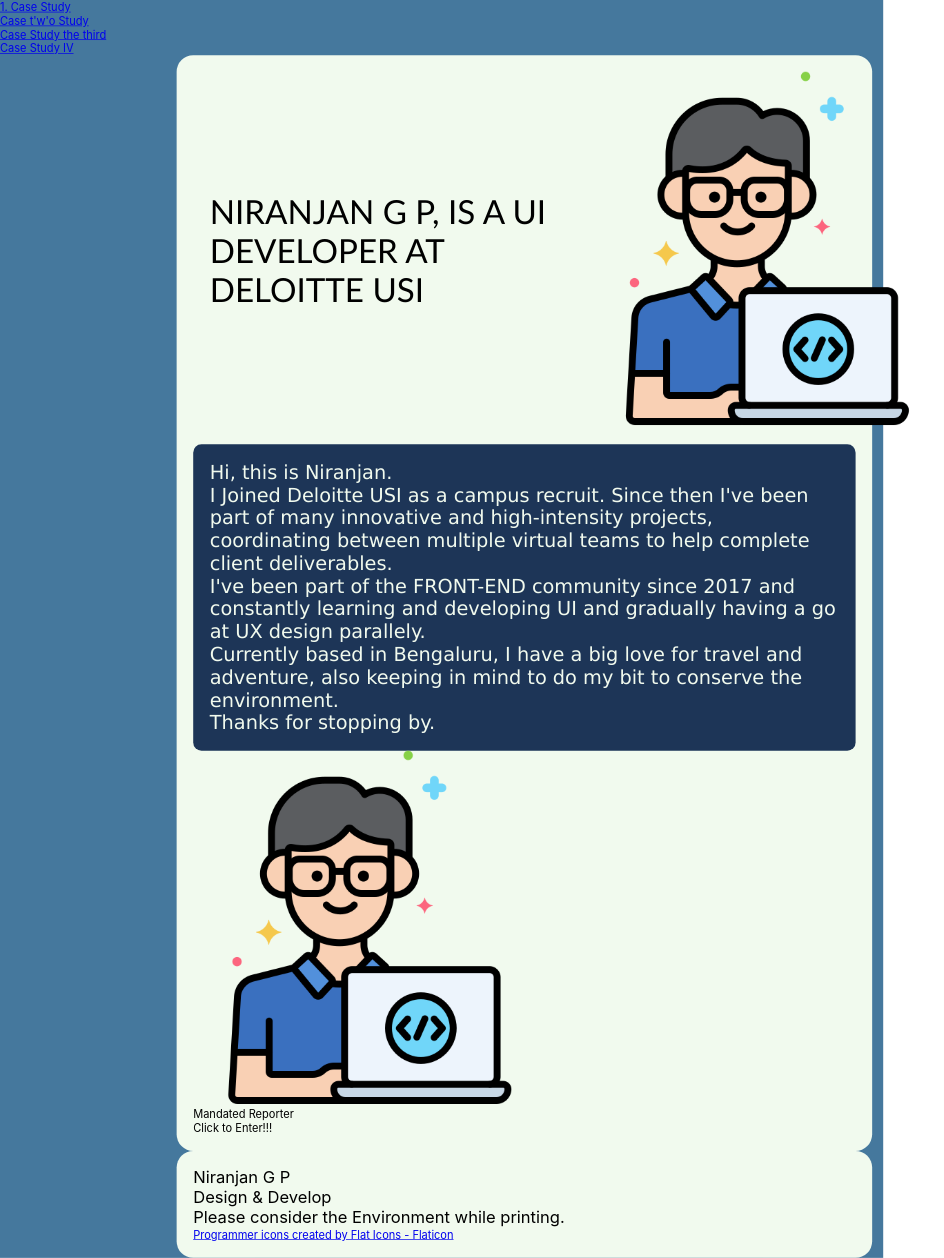
Repository: niranjangp/portfolioReact
Page: /
These files come from the project's save history. The page is drawn as it stood at one moment and after the next save; the edit follows.
The browser window is 1280 px wide. The page is 1368 px wide, so the pictures cover 1368 px, including what lies to the right of the window. The pictures show the whole page, at 69% of full size.
The project was rebuilt for these pictures with package versions that can differ from the ones it lists, and the page was loaded fresh each time. Also part of the build but not shown: src/pages/csOne.jsx, src/pages/notFound.jsx.

Above is the page before, as saved 2022-01-31 20:31:24.

After the next save:
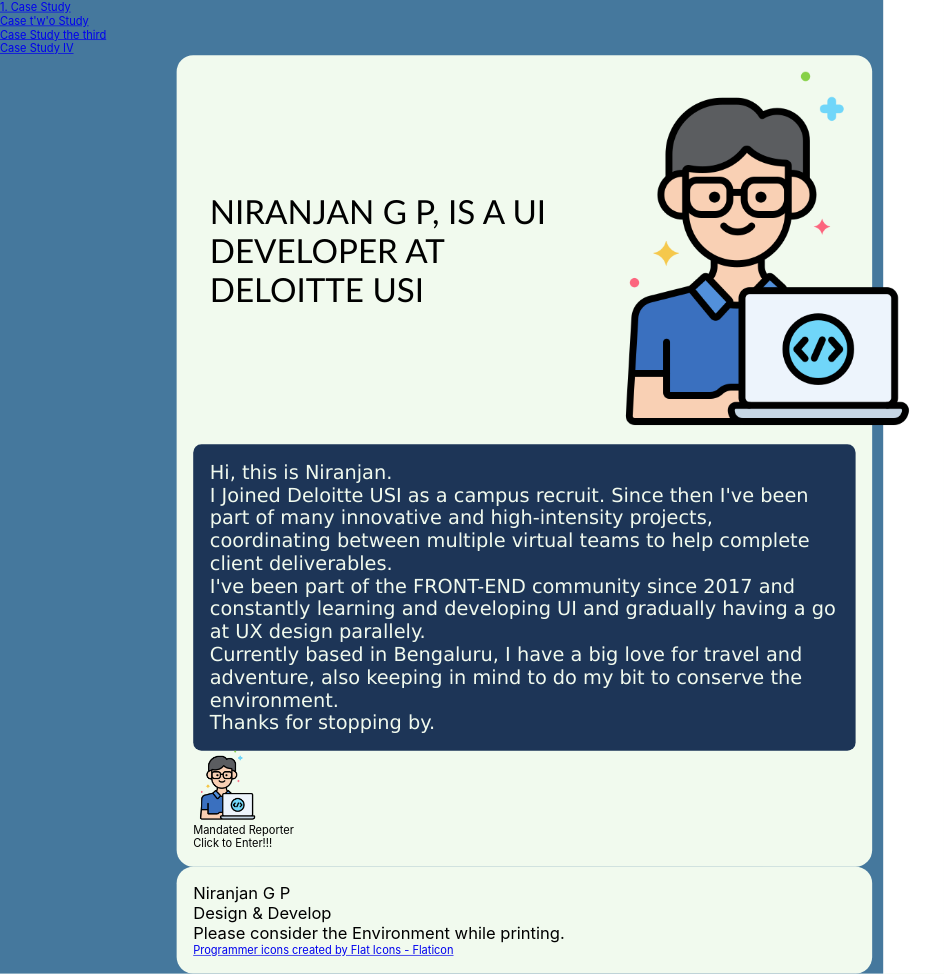
Saved 33 s later.
--- a/src/App.css
+++ b/src/App.css
@@ -55,6 +55,10 @@
 .linkSel {
   text-decoration: underline;
   font-weight: bold;
+}
+
+.card-icon {
+  width: 100px;
 }
 
 footer {
